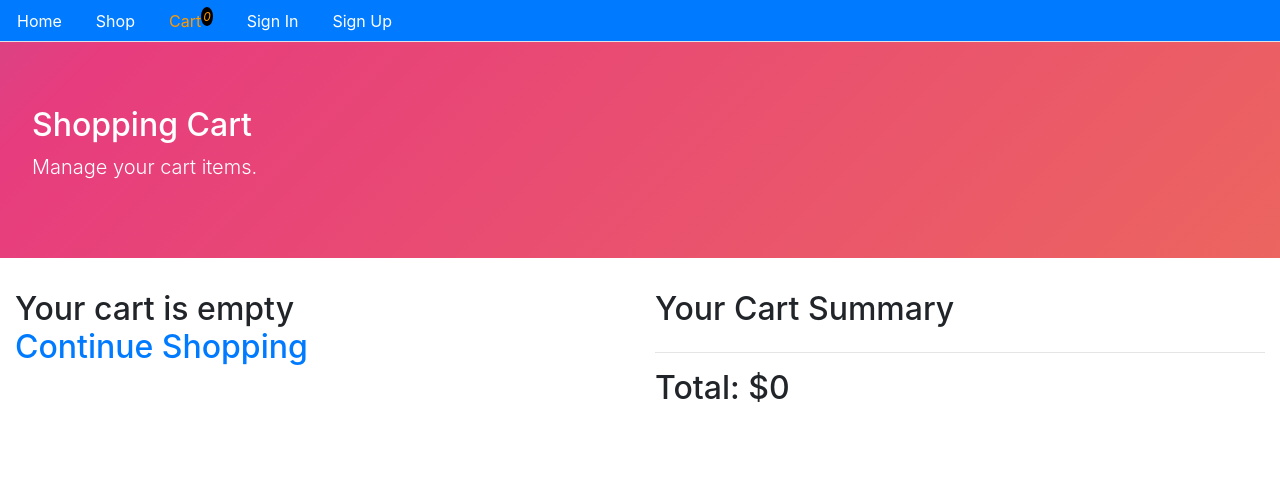
Repository: pragnyatata/Ecommerce
Page: /cart (app in ecommerce-front/)
An editor plug-in stored every save of this project. The page is shown before and after the next save, followed by the edit.
The browser window is 1280 px wide. The pictures show the whole page.
The project was rebuilt for these pictures with package versions that can differ from the ones it lists, and the page was loaded fresh each time. Also part of the build but not shown: ecommerce-front/src/user/Signup.js, ecommerce-front/src/user/Signin.js, ecommerce-front/src/core/ShowImage.js, ecommerce-front/src/core/Card.js, ecommerce-front/src/core/Search.js, ecommerce-front/src/core/Home.js, ecommerce-front/src/auth/PrivateRoute.js, ecommerce-front/src/user/UserDashboard.js and 10 more.

Above is the page before, as saved 2020-01-23 01:49:53.

### ecommerce-front/public/index.html
<!DOCTYPE html>
<html lang="en">
  <head>
    <meta charset="utf-8" />
    <link rel="icon" href="%PUBLIC_URL%/favicon.ico" />
    <meta name="viewport" content="width=device-width, initial-scale=1" />
    <meta name="theme-color" content="#000000" />
    <meta
      name="description"
      content="Web site created using create-react-app"
    />
    <link rel="apple-touch-icon" href="%PUBLIC_URL%/logo192.png" />
    <link rel="manifest" href="%PUBLIC_URL%/manifest.json" />
    <link
      rel="stylesheet"
      href="https://maxcdn.bootstrapcdn.com/bootstrap/4.0.0/css/bootstrap.min.css"
      integrity="sha384-Gn5384xqQ1aoWXA+058RXPxPg6fy4IWvTNh0E263XmFcJlSAwiGgFAW/dAiS6JXm"
      crossorigin="anonymous"
    />

    <title>React App</title>
  </head>
  <body>
    <noscript>You need to enable JavaScript to run this app.</noscript>
    <div id="root"></div>
  </body>
</html>

### ecommerce-front/src/index.js
import React from "react";
import ReactDOM from "react-dom";
// import App from "./App";
import Routes from "./Routes";
ReactDOM.render(<Routes />, document.getElementById("root"));

### ecommerce-front/src/Routes.js
import React, { Component } from "react";
import { BrowserRouter, Switch, Route } from "react-router-dom";
import Signup from "./user/Signup";
import Signin from "./user/Signin";
import Home from "./core/Home";
import PrivateRoute from "./auth/PrivateRoute";
import Dashboard from "./user/UserDashboard";
import AdminDashboard from "./user/AdminDashboard";
import AdminRoute from "./auth/AdminRoute";
import AddCategory from "./admin/AddCategory";
import AddProduct from "./admin/AddProduct";
import Shop from "./core/Shop";
import Product from "./core/Product";
import Cart from "./core/Cart";
const Routes = () => {
  return (
    <BrowserRouter>
      <Switch>
        <Route path="/" exact component={Home} />
        <Route path="/shop" exact component={Shop} />
        <Route path="/cart" exact component={Cart} />

        <Route path="/signin" exact component={Signin} />
        <Route path="/signup" exact component={Signup} />
        <Route path="/product/:productId" exact component={Product} />
        <PrivateRoute path="/user/dashboard" exact component={Dashboard} />
        <AdminRoute path="/admin/dashboard" exact component={AdminDashboard} />
        <AdminRoute path="/create/category" exact component={AddCategory} />
        <AdminRoute path="/create/product" exact component={AddProduct} />
      </Switch>
    </BrowserRouter>
  );
};
export default Routes;

### ecommerce-front/src/core/Cart.js
import React, { useState, useEffect } from "react";
import Layout from "./Layout";
import { getProducts } from "./apiCore";
import Card from "./Card";
import { getCart, removeItem } from "./cartHelpers";
import { Link } from "react-router-dom";
import Checkout from "./Checkout";

const Cart = () => {
  const [items, setItems] = useState([]);
  const [run, setRun] = useState(false);

  useEffect(() => {
    setItems(getCart());
  }, [run]);
  const showItems = items => {
    return (
      <div>
        <h2>{`Your cart has ${items.length} items`}</h2>
        <hr />
        {items.map((product, i) => (
          <Card
            key={i}
            product={product}
            showAddToCart={false}
            cartUpdate={true}
            showRemoveProduct={true}
            setRun={setRun}
            run={run}
          ></Card>
        ))}
      </div>
    );
  };
  const noItemsMessage = () => {
    return (
      <h2>
        Your cart is empty
        <br /> <Link to="/shop">Continue Shopping</Link>
      </h2>
    );
  };
  return (
    <Layout
      title="Shopping Cart"
      description="Manage your cart items."
      className="container-fluid"
    >
      <div className="row">
        <div className="col-6">
          {items.length > 0 ? showItems(items) : noItemsMessage()}
        </div>
        <div className="col-6">
          <h2 className="mb-4">Your Cart Summary</h2>
          <hr />
          <Checkout products={items}></Checkout>
        </div>
      </div>
    </Layout>
  );
};
export default Cart;

### ecommerce-front/src/core/Layout.js
import React from "react";
import Menu from "./Menu";
import "../styles.css";
const Layout = ({
  title = "Title",
  description = "Description",
  className,
  children
}) => (
  <div>
    <Menu />
    <div className="jumbotron">
      <h2>{title}</h2>
      <p className="lead">{description}</p>
    </div>
    <div className={className}>{children}</div>
  </div>
);
export default Layout;

### ecommerce-front/src/auth/index.js
import { API } from "../config";

export const signup = user => {
  return fetch(`${API}/signup`, {
    method: "POST",
    dataType: "json",
    headers: {
      Accept: "application/json",
      "Content-Type": "application/json"
    },
    body: JSON.stringify(user)
  })
    .then(response => response.json())
    .then(response => {
      return response;
    })
    .catch(err => console.log(err));
};
export const signin = user => {
  return fetch(`${API}/signin`, {
    method: "POST",
    dataType: "json",
    headers: {
      Accept: "application/json",
      "Content-Type": "application/json"
    },
    body: JSON.stringify(user)
  })
    .then(response => response.json())
    .then(response => {
      return response;
    })
    .catch(err => console.log(err));
};
export const authenticate = (data, next) => {
  if (typeof window !== "undefined")
    localStorage.setItem("jwt", JSON.stringify(data));
  next();
};
export const signout = next => {
  if (typeof window !== "undefined") {
    localStorage.removeItem("jwt");
    next();
    return fetch(`${API}/signout`, {
      method: "GET"
    })
      .then(response => {
        console.log("signout", response);
      })
      .catch(err => console.log(err));
  }
};
export const isAuthenticated = () => {
  if (typeof window === "undefined") {
    return false;
  }
  if (localStorage.getItem("jwt")) {
    return JSON.parse(localStorage.getItem("jwt"));
  } else return false;
};

### ecommerce-front/src/core/apiCore.js
import { API } from "../config";
import queryString from "query-string";
export const getProducts = sortBy => {
  return fetch(`${API}/products?sortBy=${sortBy}&order=desc&limit=6`, {
    method: "GET"
  })
    .then(response => response.json())
    .then(response => {
      console.log(response);
      return response;
    })
    .catch(err => console.log(err));
};
export const getCategories = () => {
  return fetch(`${API}/categories`, {
    method: "GET"
  })
    .then(response => response.json())
    .then(response => {
      return response;
    })
    .catch(err => console.log(err));
};
export const getFilteredProducts = (skip, limit, filters = {}) => {
  const data = { limit, skip, filters };
  return fetch(`${API}/products/by/search`, {
    method: "POST",
    dataType: "json",
    headers: {
      Accept: "application/json",
      "Content-Type": "application/json"
    },
    body: JSON.stringify(data)
  })
    .then(response => response.json())
    .then(response => {
      return response;
    })
    .catch(err => console.log(err));
};
export const list = params => {
  const query = queryString.stringify(params);
  console.log(query);
  return fetch(`${API}/products/search?${query}`, {
    method: "GET"
  })
    .then(response => response.json())
    .then(response => {
      console.log(response);
      return response;
    })
    .catch(err => console.log(err));
};
export const read = productId => {
  return fetch(`${API}/product/${productId}`, {
    method: "GET"
  })
    .then(response => response.json())
    .then(response => {
      return response;
    })
    .catch(err => console.log(err));
};
export const listRelated = productId => {
  return fetch(`${API}/products/related/${productId}`, {
    method: "GET"
  })
    .then(response => response.json())
    .then(response => {
      return response;
    })
    .catch(err => console.log(err));
};

### ecommerce-front/src/core/cartHelpers.js
export const addItem = (item = [], next) => {
  let cart = [];
  if (typeof window !== "undefined") {
    if (localStorage.getItem("cart")) {
      cart = JSON.parse(localStorage.getItem("cart"));
    }
    if (cart.length > 0) {
      let index = -1;
      for (var i = 0; i < cart.length; i++) {
        if (cart[i]._id === item._id) {
          index = i;
        }
      }
      console.log(index);
      if (index === -1) cart.push({ ...item, count: 1 });
      else cart[index].count = cart[index].count + 1;
    } else {
      cart.push({ ...item, count: 1 });
    }
    console.log(cart);

    localStorage.setItem("cart", JSON.stringify(cart));
    next();
  }
};
export const itemTotal = () => {
  if (typeof window !== "undefined") {
    if (localStorage.getItem("cart")) {
      return JSON.parse(localStorage.getItem("cart")).length;
    }
  }
  return 0;
};
export const getCart = () => {
  if (typeof window !== "undefined") {
    if (localStorage.getItem("cart")) {
      return JSON.parse(localStorage.getItem("cart"));
    }
  }
  return [];
};
export const updateItem = (productId, count) => {
  let cart = [];
  if (typeof window !== "undefined") {
    if (localStorage.getItem("cart")) {
      cart = JSON.parse(localStorage.getItem("cart"));
    }
    cart.map((product, i) => {
      if (product._id === productId) cart[i].count = count;
    });
    localStorage.setItem("cart", JSON.stringify(cart));
  }
};
export const removeItem = productId => {
  let cart = [];
  if (typeof window !== "undefined") {
    if (localStorage.getItem("cart")) {
      cart = JSON.parse(localStorage.getItem("cart"));
    }
    cart.map((product, i) => {
      if (product._id === productId) cart.splice(cart[i], 1);
    });
    localStorage.setItem("cart", JSON.stringify(cart));
  }
  return cart;
};

### ecommerce-front/src/core/Checkout.js
import React, { useState, useEffect } from "react";
import Layout from "./Layout";
import { getProducts } from "./apiCore";
import Card from "./Card";

const Checkout = ({ products }) => {
  const getTotal = () => {
    return products.reduce((currentValue, nextValue) => {
      return currentValue + nextValue.count * nextValue.price;
    }, 0);
  };
  return (
    <div>
      <h2> Total: ${getTotal()}</h2>
    </div>
  );
};
export default Checkout;

### ecommerce-front/src/core/Menu.js
import React, { Fragment } from "react";
import { Link, withRouter } from "react-router-dom";
import { signout, isAuthenticated } from "../auth";
import { itemTotal } from "./cartHelpers";
const isActive = (history, path) => {
  if (history.location.pathname === path) return { color: "#ff9900" };
  return { color: "#ffffff" };
};

const Menu = ({ history }) => (
  <div>
    <ul className="nav nav-tabs bg-primary">
      <li className="nav-item">
        <Link className="nav-link" style={isActive(history, "/")} to="/">
          Home
        </Link>
      </li>
      <li className="nav-item">
        <Link
          className="nav-link"
          style={isActive(history, "/shop")}
          to="/shop"
        >
          Shop
        </Link>
      </li>
      <li className="nav-item">
        <Link
          className="nav-link"
          style={isActive(history, "/cart")}
          to="/cart"
        >
          Cart
          <sup>
            <small className="cart-badge">{itemTotal()}</small>
          </sup>
        </Link>
      </li>
      {!isAuthenticated() && (
        <Fragment>
          <li className="nav-item">
            <Link
              className="nav-link"
              style={isActive(history, "/signin")}
              to="/signin"
            >
              Sign In{" "}
            </Link>
          </li>
          <li className="nav-item">
            <Link
              className="nav-link"
              style={isActive(history, "/signup")}
              to="/signup"
            >
              Sign Up
            </Link>
          </li>
        </Fragment>
      )}
      {isAuthenticated() && (
        <li className="nav-item">
          <span
            className="nav-link"
            style={{ cursor: "pointer", color: "#ffffff" }}
            onClick={() =>
              signout(() => {
                history.push("/");
              })
            }
          >
            Sign Out
          </span>
        </li>
      )}
      {isAuthenticated() && isAuthenticated().user.role === 0 && (
        <li className="nav-item">
          <Link
            className="nav-link"
            style={isActive(history, "/user/dashboard")}
            to="/user/dashboard"
          >
            Dashboard
          </Link>
        </li>
      )}
      {isAuthenticated() && isAuthenticated().user.role === 1 && (
        <li className="nav-item">
          <Link
            className="nav-link"
            style={isActive(history, "/admin/dashboard")}
            to="/admin/dashboard"
          >
            Dashboard
          </Link>
        </li>
      )}
    </ul>
  </div>
);
export default withRouter(Menu);

### ecommerce-front/src/styles.css
.btn,
.jumbotron,
.nav:hover {
  border-radius: 0px;
}

/* product image on card */

.product-img {
  min-height: 100px;
}
.jumbotron {
  width: 30wh;
  height: 30vh;
  color: #fff;
  background: linear-gradient(-45deg, #ee7752, #e73c7e, #23a6d5, #23d5ab);
  background-size: 400% 400%;
  -webkit-animation: Gradient 15s ease infinite;
  -moz-animation: Gradient 15s ease infinite;
  animation: Gradient 15s ease infinite;
}

@-webkit-keyframes Gradient {
  0% {
    background-position: 0% 50%;
  }
  50% {
    background-position: 100% 50%;
  }
  100% {
    background-position: 0% 50%;
  }
}

@-moz-keyframes Gradient {
  0% {
    background-position: 0% 50%;
  }
  50% {
    background-position: 100% 50%;
  }
  100% {
    background-position: 0% 50%;
  }
}

@keyframes Gradient {
  0% {
    background-position: 0% 50%;
  }
  50% {
    background-position: 100% 50%;
  }
  100% {
    background-position: 0% 50%;
  }
}
/* single product page */
.name {
  background: indigo;
  color: #fff;
  font-weight: bold;
}

.black-10 {
  background: #f2f2f2;
}
.black-9 {
  background: #e6e6e6;
}
.black-8 {
  background: #d9d9d9;
}
.black-7 {
  background: #cccccc;
}
.black-6 {
  background: #bfbfbf;
}
.black-5 {
  background: #b3b3b3;
}

.cart-badge,
.cart-badge:hover {
  border-radius: 50%;
  padding: 2px;
  font-size: 12px;
  font-style: italic;
  background: black;
}

### ecommerce-front/src/config.js
export const API = "http://localhost:8000/api";

After the next save:
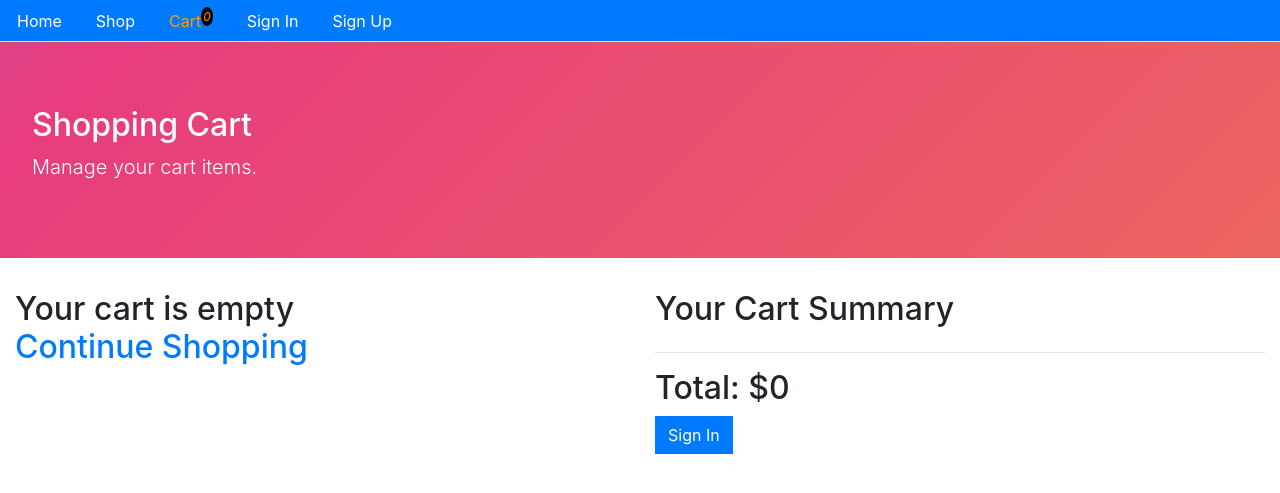
Saved 2 min 49 s later.
--- a/ecommerce-front/src/core/Checkout.js
+++ b/ecommerce-front/src/core/Checkout.js
@@ -2,7 +2,8 @@ import React, { useState, useEffect } from "react";
 import Layout from "./Layout";
 import { getProducts } from "./apiCore";
 import Card from "./Card";
-
+import { isAuthenticated } from "../auth";
+import { Link } from "react-router-dom";
 const Checkout = ({ products }) => {
   const getTotal = () => {
     return products.reduce((currentValue, nextValue) => {
@@ -12,6 +13,13 @@ const Checkout = ({ products }) => {
   return (
     <div>
       <h2> Total: ${getTotal()}</h2>
+      {isAuthenticated() ? (
+        <button className="btn btn-success">Checkout</button>
+      ) : (
+        <Link to="/signin">
+          <button className="btn btn-primary">Sign In</button>
+        </Link>
+      )}
     </div>
   );
 };
